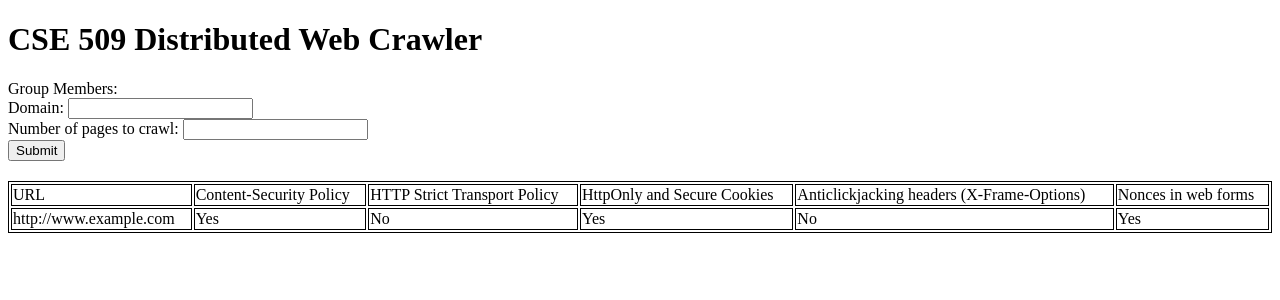
Repository: mfleish3/Crawler
Page: cse509/Crawling/WebContent/index.html
An editor plug-in stored every save of this project. The page is shown before and after the next save, followed by the edit.
The browser window is 1280 px wide. The pictures show the whole page.

Above is the page before, as saved 2015-11-06 04:56:48.

### cse509/Crawling/WebContent/index.html
<!DOCTYPE html>
<html>
	<head>
	  <title>Crawler Index Page</title>
	  <link rel="stylesheet" type="text/css" href="style/index.css">
	</head>
	<body>
	  <h1>CSE 509 Distributed Web Crawler</h1>
	  <div>
	  	<div id="groupInfo">
	  		<a>Group Members:</a>
	  		<a></a>
	  		<a></a>
	  		<a></a>
	  		<a></a>
	  		<a></a>
	  	</div>

	  	<div>
	  		<form name="initializeForm" method="post" action="initialize">
			  Domain: <input type="text" name="domainName"><br>
			  Number of pages to crawl: <input type="text" name="numberPages"><br>
			  <input type="submit" value="Submit">
			</form>
	  	</div>


		  <div id="divTableMain">
		  	<table id="tableMain">
			  <tr>
			    <td>URL</td>
			    <td>Content-Security Policy</td>
			    <td>HTTP Strict Transport Policy</td>
			    <td>HttpOnly and Secure Cookies</td>
			    <td>Anticlickjacking headers (X-Frame-Options)</td>
			    <td>Nonces in web forms</td>
			  </tr>
			  <tr>
			    <td>http://www.example.com</td>
			    <td>Yes</td>
			    <td>No</td>
			    <td>Yes</td>
			    <td>No</td>
			    <td>Yes</td>
			  </tr>
			</table>
		  </div>
	  </div>
	</body>
</html>

### cse509/Crawling/WebContent/style/index.css
#divTableMain {
	padding-top: 20px;
}

#tableMain {
	width: 100%;
	border: 1px solid black;
}

td {
	border: 1px solid black;
}

After the next save:
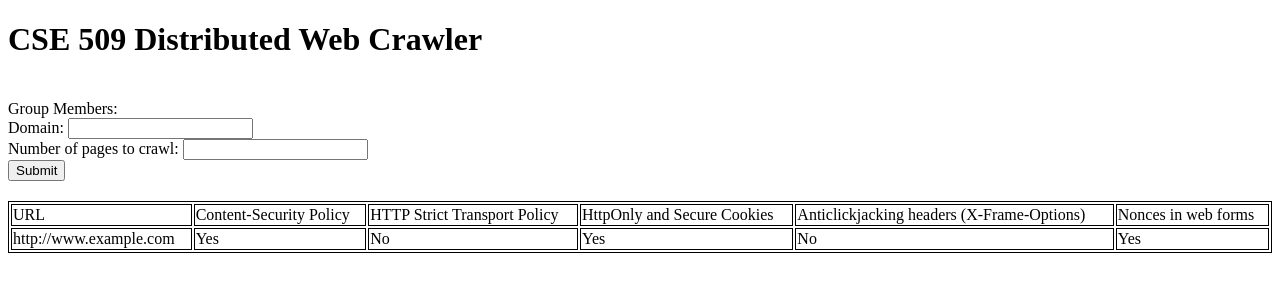
Saved 19 s later.
--- a/cse509/Crawling/WebContent/style/index.css
+++ b/cse509/Crawling/WebContent/style/index.css
@@ -10,3 +10,7 @@
 td {
 	border: 1px solid black;
 }
+
+#groupInfo {
+	padding-top: 20px;
+}

After the 3 saves that followed:
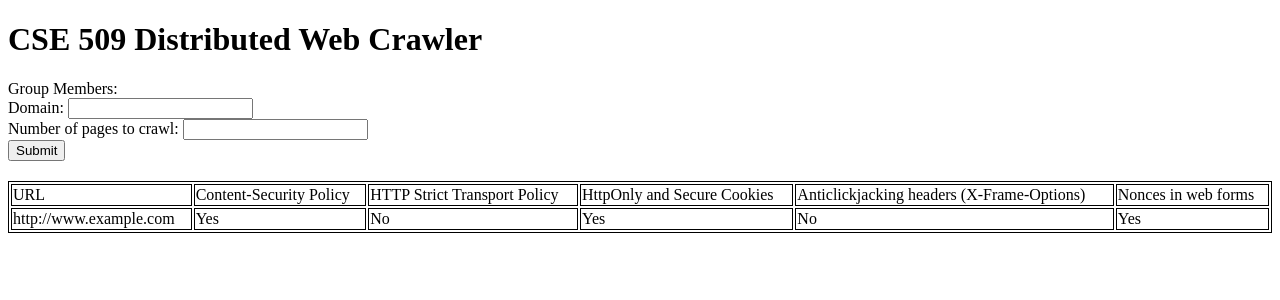
The 3 saves are shown as one change because 2 left the picture as it was.
The last was saved 61 s later.
--- a/cse509/Crawling/WebContent/index.html
+++ b/cse509/Crawling/WebContent/index.html
@@ -16,7 +16,7 @@
 	  		<a></a>
 	  	</div>
 
-	  	<div>
+	  	<div id="initializeInfo">
 	  		<form name="initializeForm" method="post" action="initialize">
 			  Domain: <input type="text" name="domainName"><br>
 			  Number of pages to crawl: <input type="text" name="numberPages"><br>
--- a/cse509/Crawling/WebContent/style/index.css
+++ b/cse509/Crawling/WebContent/style/index.css
@@ -11,6 +11,10 @@ td {
 	border: 1px solid black;
 }
 
-#groupInfo {
+#divGroup {
 	padding-top: 20px;
 }
+
+#divInitialize {
+	padding-top: 20px;
+}
